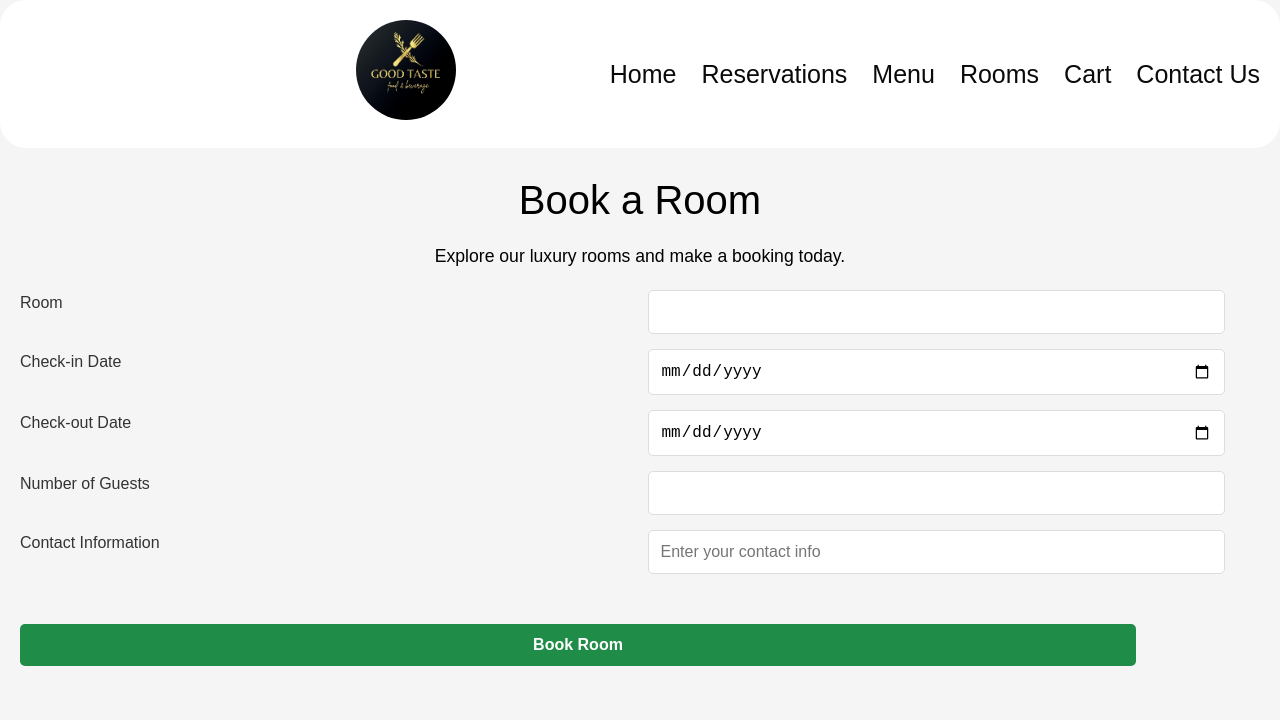
Repository: malingubarnice/Online-Reservation-System
Page: seperate_room.html
An editor plug-in stored every save of this project. The page is shown before and after the next save, followed by the edit.
The browser window is 1280 px wide. The pictures show the whole page.

Above is the page before, as saved 2025-04-03 18:32:48.
Console error: TypeError: Cannot read properties of null (reading 'addEventListener')

### seperate_room.html
<!DOCTYPE html>
<html lang="en">
<head>
    <meta charset="UTF-8">
    <meta name="viewport" content="width=device-width, initial-scale=1.0">
    <title>Book a Room</title>
    <link rel="stylesheet" href="styles.css"> <!-- Link your existing CSS -->
</head>
<body>
    <header>
        <h1>Book a Room</h1>
        <!-- Navigation Bar -->
     <div class="logo">
      <img src="assets/logo.jpg" alt="Copper Ivy Logo">
     </div>
     <nav class="navbar">
      <ul>
        <li><a href="#menu">Home</a></li>
        <li><a href="#reservations">Reservations</a></li>
        <li><a href="#menu">Menu</a></li>
        <li><a href="#rooms">Rooms</a></li>
        <li><a href="#cart">Cart</a></li>
        <li><a href="#contact">Contact Us</a></li>
      </ul>
     </nav>
  </header>



    <!-- Rooms Section -->
    <section id="rooms">
        <h1>Book a Room</h1>
        <p>Explore our luxury rooms and make a booking today.</p>

        <div class="room-list">
            <!-- Room cards dynamically loaded -->
        </div>

        <!-- Booking Form -->
        <div class="reservation-form">
            <form action="send_room.php" method="post">
                <!-- Hidden input for room ID -->
                <input type="hidden" id="room_id" name="room_id">

                <label for="room-selection">Room</label>
                <input type="text" id="room-selection" name="room_name" readonly>

                <label for="check-in-date">Check-in Date</label>
                <input type="date" id="check-in-date" name="check_in_date" required>

                <label for="check-out-date">Check-out Date</label>
                <input type="date" id="check-out-date" name="check_out_date" required>

                <label for="guest-count">Number of Guests</label>
                <input type="number" id="guest-count" name="guest_count" min="1" required>

                <label for="contact-info">Contact Information</label>
                <input type="text" id="contact-info" name="contact-info" placeholder="Enter your contact info" required>

                <p id="price-display"></p>
                <input type="hidden" id="price" name="price">

                <button type="submit" class="reserve-btn">Book Room</button>
            </form>
        </div>
    </section>

    <script>
        document.addEventListener("DOMContentLoaded", function () {
            let today = new Date().toISOString().split("T")[0];

            // Set min date for reservations
            document.getElementById("check-in-date").setAttribute("min", today);

            // Update checkout date when check-in date is selected
            document.getElementById("check-in-date").addEventListener("change", function () {
                let checkInDate = this.value;
                document.getElementById("check-out-date").setAttribute("min", checkInDate);
            });
        });
    </script>

    <script src="roomjs.js"></script>

</body>
</html>

### styles.css
/* General Reset */
body, h1, h2, p, ul, li, a, button {
    margin: 0;
    padding: 0;
    box-sizing: border-box;
}

/* Body and Layout */
body {
    font-family: 'Arial', sans-serif;
    line-height: 1.6;
    background-color: #f5f5f5;
    color: #333;
}

/* Header */
header {
    display: flex;
    justify-content: space-between;
    align-items: center;
    padding: 20px;
    background: white;
    color: #fff;
    border-bottom: 2px solid #c4ccd4;
    border-radius: 26px;
    border-style: none;
}

header .logo img {
    height: 100px;
    border-radius: 50px;
}

header nav ul {
    display: flex;
    list-style: none;
}

header nav ul li {
    margin-left: 25px;
}

header nav ul li a {
    color: rgb(10, 10, 10);
    text-decoration: none;
    font-size: 25px;
    font-weight: 500;
    transition: color 0.3s;
}

header nav ul li a:hover {
    color: #eb2630;
}




/* Container for Features Section */
.features {
    display: flex;
    justify-content: flex-start;
    align-items: flex-start;
    flex-direction: row;  /* This will place the features next to each other */
    gap: 20px;  /* Adds space between each feature box */
    margin-left: 20px;  /* Adjust the space from the left */
  }

  /* Individual Feature Box */
  .feature {
    background-color: #fff;
    padding: 20px;
    margin-bottom: 15px;
    margin-top: 15px;
    box-shadow: 0 4px 8px rgba(0, 0, 0, 0.1);
    border-radius: 10px;
    flex: 1;  /* Makes each feature box take equal width */
  }

  /* Feature Header */
  .feature h2 {
    font-size: 22px;
    margin-bottom: 10px;
  }

  /* Feature Description */
  .feature p {
    font-size: 16px;
    color: white;
  }

  /* Optional: Adjusting feature links */
  .feature a {
    display: inline-block;
    background-color: #15ad4d;
    color: #fff;
    padding: 10px 20px;
    border-radius: 5px;
    text-decoration: none;
    transition: background-color 0.3s;
  }

  .feature a:hover {
    background-color: #1dd168;
  }




/* Reservations Section */
#reservations {
    padding: 50px 20px;
    background: #fff;
    margin: 20px auto;
    max-width: 900px;
    box-shadow: 0 8px 16px rgba(0, 0, 0, 0.1);
    border-radius: 10px;
}

#reservations h1 {
    font-size: 32px;
    margin-bottom: 20px;
    text-align: center;
    color: #2c3e50;
}

.reservation-form form {
    display: grid;
    grid-template-columns: 1fr 1fr;
    gap: 15px;
    margin-bottom: 30px;
}

.reservation-form label {
    font-size: 16px;
    color: #333;
}

.reservation-form input,
.reservation-form textarea,
.reserve-btn {
    padding: 12px;
    border: 1px solid #ddd;
    border-radius: 5px;
    font-size: 16px;
    transition: border-color 0.3s;
    width: 90%;
}

.reservation-form input:focus,
.reservation-form textarea:focus {
    border-color: #27ae60;
}

.reserve-btn {
    background-color: #1f8c47;
    color: #fff;
    font-weight: bold;
    cursor: pointer;
    border: none;
    transition: background-color 0.3s;
    grid-column: span 2;
}

.reserve-btn:hover {
    background-color: #10e669;
}

/* Table Layout */
.table-layout {
    margin-top: 20px;
    text-align: center;
}

.tables {
    display: grid;
    grid-template-columns: repeat(auto-fill, minmax(100px, 1fr));
    gap: 20px;
}

.tables .table {
    background-color: #ddd;
    padding: 20px;
    text-align: center;
    font-size: 18px;
    border-radius: 8px;
    cursor: pointer;
    transition: transform 0.3s, background-color 0.3s;
}

.tables .table:hover {
    transform: scale(1.1);
    background-color: #27ae60;
    color: #fff;
}




/* Menu Section */
#menu {
    padding: 50px 20px;
    background: #fff;
    margin: 20px auto;
    max-width: 900px;
    box-shadow: 0 8px 16px rgba(0, 0, 0, 0.1);
    border-radius: 10px;
}

.menu-items {
    display: grid;
    grid-template-columns: repeat(auto-fill, minmax(250px, 1fr));
    gap: 20px;
}

.menu-items .menu-item {
    background: #f4f4f4;
    padding: 20px;
    border-radius: 8px;
    box-shadow: 0 4px 8px rgba(0, 0, 0, 0.1);
    text-align: center;
    transition: transform 0.3s;
}

.menu-items .menu-item:hover {
    transform: scale(1.05);
    box-shadow: 0 8px 16px rgba(0, 0, 0, 0.2);
}

.menu-items img {
    max-width: 100%;
    border-radius: 5px;
}

/* Targeting buttons inside the #menu section */
#menu button {
    width: 100%;
    padding: 12px;
    background: #1f8c47;
    color: white;
    font-size: 16px;
    border: none;
    border-radius: 8px;
    cursor: pointer;
    transition: 0.3s;
}

#menu button:hover {
    background: #27ae60;
}


/* Footer */
footer {
    text-align: center;
    padding: 20px;
    background-color: whitesmoke;
    color: #fff;
    margin-top: 50px;
}

/* Responsive Design */
@media (max-width: 768px) {
    .features {
        flex-direction: column;
        align-items: center;
    }

    .feature {
        width: 100%;
        margin-bottom: 30px;
    }

    .reservation-form {
        grid-template-columns: 1fr;
    }

    .tables {
        grid-template-columns: 1fr 1fr;
    }

    .menu-items {
        grid-template-columns: 1fr 1fr;
    }
}

@media (max-width: 480px) {
    header {
        flex-direction: column;
        align-items: flex-start;
    }

    header nav ul {
        flex-direction: column;
        gap: 10px;
    }

    .hero h1 {
        font-size: 28px;
    }

    .hero p {
        font-size: 18px;
    }
}

/* Style for available tables */
.table {
    padding: 10px;
    margin: 10px;
    border: 1px solid #ccc;
    cursor: pointer;
    display: inline-block;
}

/* Highlight the selected table */
.table.selected {
    background-color: #4CAF50; /* Green background */
    color: white;
    border: 2px solid #fff;
}

/*stying order online section*/
#order-online {
    padding: 2rem;
}

.menu-item {
    border: 1px solid #ddd;
    margin: 1rem;
    padding: 1rem;
    text-align: center;
}
.order-form {
    margin-top: 2rem;
}
.order-total {
    font-weight: bold;
    margin-top: 1rem;
}


/*styling rooms*/
/* General styling for the Rooms Section */
#rooms {
    font-family: Arial, sans-serif;
    padding: 20px;
    background-color: #f5f5f5;
}

#rooms h1 {
    text-align: center;
    color: #333;
    font-size: 2.5rem;
    margin-bottom: 10px;
}

#rooms p {
    text-align: center;
    font-size: 1.1rem;
    color: #666;
    margin-bottom: 20px;
}

/* Room Listings */
.room-listings {
    display: grid;
    grid-template-columns: repeat(auto-fill, minmax(250px, 1fr));
    gap: 20px;
    margin-bottom: 30px;
}

.room-card {
    background-color: white;
    border-radius: 8px;
    box-shadow: 0 4px 6px rgba(0, 0, 0, 0.1);
    padding: 15px;
    text-align: center;
    transition: transform 0.3s ease-in-out;
}

.room-card:hover {
    transform: translateY(-5px);
}

.room-card img {
    width: 100%;
    height: 180px;
    object-fit: cover;
    border-radius: 8px;
}

.room-card h3 {
    font-size: 1.5rem;
    color: #333;
    margin: 15px 0;
}

.room-card p {
    font-size: 1.1rem;
    color: #777;
}

.room-card .price {
    font-size: 1.2rem;
    font-weight: bold;
    color: #1f8c47;
    margin-top: 10px;
}

.room-card button {
    background-color: #1f8c47;
    color: white;
    padding: 10px 15px;
    font-size: 1rem;
    border: none;
    border-radius: 5px;
    cursor: pointer;
    transition: background-color 0.3s;
}

.room-card button:hover {
    background-color: #27ae60;
}


/* New class for hiding the form */
.booking-form.hidden {
    display: none;
}

/* Booking Form Styling */
.booking-form {
    background-color: white;
    padding: 20px;
    border-radius: 8px;
    box-shadow: 0 4px 6px rgba(0, 0, 0, 0.1);
    width: 70%;
    max-width: 600px;
    margin: 0 auto;
}

.booking-form h2 {
    text-align: center;
    color: #333;
    font-size: 2rem;
    margin-bottom: 15px;
}

.booking-form form {
    display: flex;
    flex-direction: column;
    gap: 15px;
}

.booking-form label {
    font-size: 1.1rem;
    color: #333;
}

.booking-form select,
.booking-form input {
    padding: 10px;
    font-size: 1rem;
    border: 1px solid #ccc;
    border-radius: 5px;
    width: 100%;
}

.booking-form button {
    background-color: #1f8c47;
    color: white;
    padding: 12px 20px;
    font-size: 1.1rem;
    border: none;
    border-radius: 5px;
    cursor: pointer;
    transition: background-color 0.3s;
}

.booking-form button:hover {
    background-color: #27ae60;
}

/* Confirmation Message */
#confirmation-message {
    font-size: 1.2rem;
    color: #333;
    margin-top: 20px;
    text-align: center;
    display: none; /* Hidden initially */
}

#confirmation-message.success {
    color: #4caf50;
}

#confirmation-message.error {
    color: #f44336;
}



/* Container for styling the rooms */
.room-list {
    display: flex;
    flex-wrap: wrap; /* Allows room cards to wrap to the next line when necessary */
    justify-content: center; /* Centers the room cards horizontally */
    gap: 20px; /* Adds space between cards */
    max-width: 80%; /* Makes the container occupy 80% of the page */
    margin: 0 auto; /* Centers the container horizontally */
}

/* Individual room card */
.room-card {
    width: 30%; /* Makes each card take up about 30% of the container's width */
    max-width: 300px; /* Optional: Set a max width for the cards */
    margin: 10px;
    padding: 15px;
    text-align: center;
    box-shadow: 0 4px 8px rgba(0, 0, 0, 0.1);
    background-color: #fff;
    border-radius: 10px;
    box-sizing: border-box;
}

/* Image inside room card */
.room-card img {
    width: 100%; /* Ensures the image stretches across the container */
    height: auto; /* Keeps aspect ratio intact */
    object-fit: contain; /* Ensures the full image is visible */
}

@media (max-width: 768px) {
    .room-card {
        width: 100%; /* Makes room cards stack on smaller screens */
    }
}

/* Target the specific booking room section and make the font weight lighter */
#rooms {
    color: black; /* Keeps the text color black */
    font-weight: lighter; /* Makes the font weight lighter */
}

/* Target the room cards within the booking room section */
#rooms .room-card {
    color: black; /* Ensures room card text is black */
    font-weight: lighter; /* Makes the room card text lighter */
}

/* You can also target specific elements like titles and descriptions, if necessary */
#rooms h1, #rooms p, #rooms .room-name, #rooms .room-description {
    color: black; /* Sets the text to black */
    font-weight: lighter; /* Reduces the font weight */
}

### roomjs.js
document.addEventListener('DOMContentLoaded', function () {
    // Fetch room data and display rooms dynamically
    fetch('get_room.php')
      .then(response => response.json())
      .then(data => {
        if (Array.isArray(data)) {
          displayRooms(data);
        } else {
          console.error('Error fetching rooms:', data.message);
        }
      })
      .catch(error => console.error('Error fetching room data:', error));
});

// Function to display room cards
function displayRooms(rooms) {
    const roomListContainer = document.querySelector('.room-list');
    roomListContainer.innerHTML = ""; // Clear previous content

    rooms.forEach(room => {
        const roomHTML = `
            <div class="room-card">
                <img src="${room.image_url}" alt="${room.room_name}" style="width: 100%; height: 200px; object-fit: cover;">
                <h2>${room.room_name}</h2>
                <p>Type: ${room.room_type}</p>
                <p>Capacity: ${room.capacity} guests</p>
                <p>${room.description}</p>
                <p>Price: KSh ${room.price_per_night.toLocaleString()}</p>
                <button onclick="selectRoom(${room.room_id}, '${room.room_name}', ${room.price_per_night})">Book Now</button>
            </div>
        `;
        roomListContainer.innerHTML += roomHTML;
    });
}

// Function to select a room for booking
function selectRoom(roomId, roomName, price) {
    console.log(`Room selected: ${roomName} (ID: ${roomId})`);

    document.getElementById('room-selection').value = roomName;
    document.getElementById('room_id').value = roomId;
    document.getElementById('price').textContent = `KSh ${price.toLocaleString()}`;
    document.querySelector('.reservation-form').style.display = 'block'; // Show the booking form
}

// Handle form submission for room booking
document.getElementById('room-booking-form').addEventListener('submit', function (event) {
    event.preventDefault(); // Prevent the form from reloading the page

    const roomId = document.getElementById('room_id').value;
    const checkInDate = document.getElementById('check-in-date').value;
    const checkOutDate = document.getElementById('check-out-date').value;
    const guestCount = document.getElementById('guest-count').value;
    const contactInfo = document.getElementById('contact-info').value;

    const today = new Date();
    const checkIn = new Date(checkInDate);
    const checkOut = new Date(checkOutDate);

    today.setHours(0, 0, 0, 0);
    checkIn.setHours(0, 0, 0, 0);
    checkOut.setHours(0, 0, 0, 0);

    // Check for invalid dates
    if (checkIn < today) {
        alert("Check-in date cannot be in the past.");
        return;
    }

    if (checkIn >= checkOut) {
        alert("Check-out date must be after check-in date.");
        return;
    }

    // Submit booking data via fetch
    fetch('book_room.php', {
        method: 'POST',
        body: JSON.stringify({
            room_id: roomId,
            check_in_date: checkInDate,
            check_out_date: checkOutDate,
            guest_count: guestCount,
            contact_info: contactInfo
        }),
        headers: {
            'Content-Type': 'application/json'
        }
    })
    .then(response => response.json())
    .then(data => {
        if (data.status === 'success') {
            alert('Booking confirmed! Email sent.');
            // Optionally, redirect to a confirmation page or reload
            window.location.href = "confirmation.php";
        } else {
            alert('Error: ' + data.message);
        }
    })
    .catch(error => console.error('Error:', error));
});

After the next save:
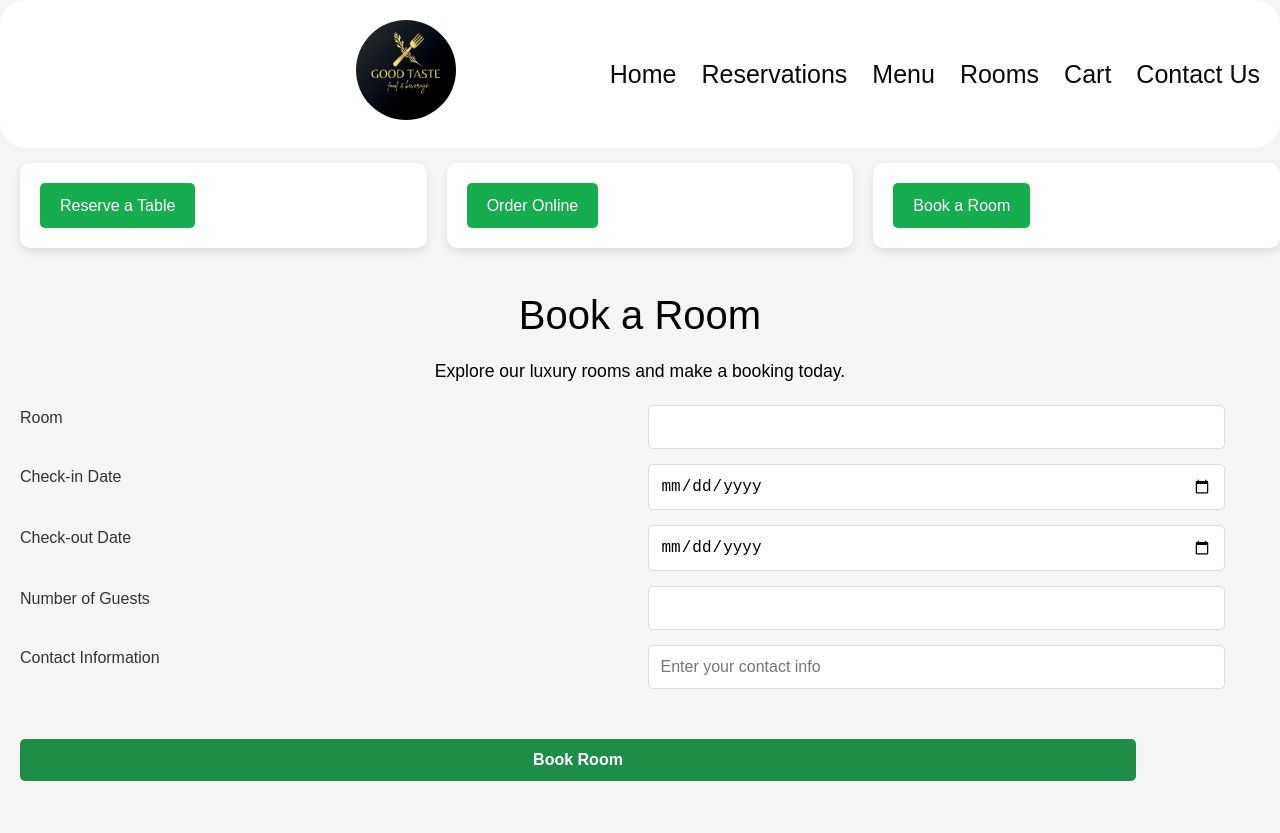
Saved 65 s later.
--- a/seperate_room.html
+++ b/seperate_room.html
@@ -24,6 +24,22 @@
       </ul>
      </nav>
   </header>
+
+
+
+
+  <!-- Features Section -->
+  <section class="features">
+    <div class="feature">
+      <a href="#reservations" class="btn">Reserve a Table</a>
+    </div>
+    <div class="feature">
+      <a href="#menu" class="btn">Order Online</a>
+    </div>
+    <div class="feature">
+      <a href="#rooms" class="btn">Book a Room</a>
+    </div>
+  </section>
 
 
 
